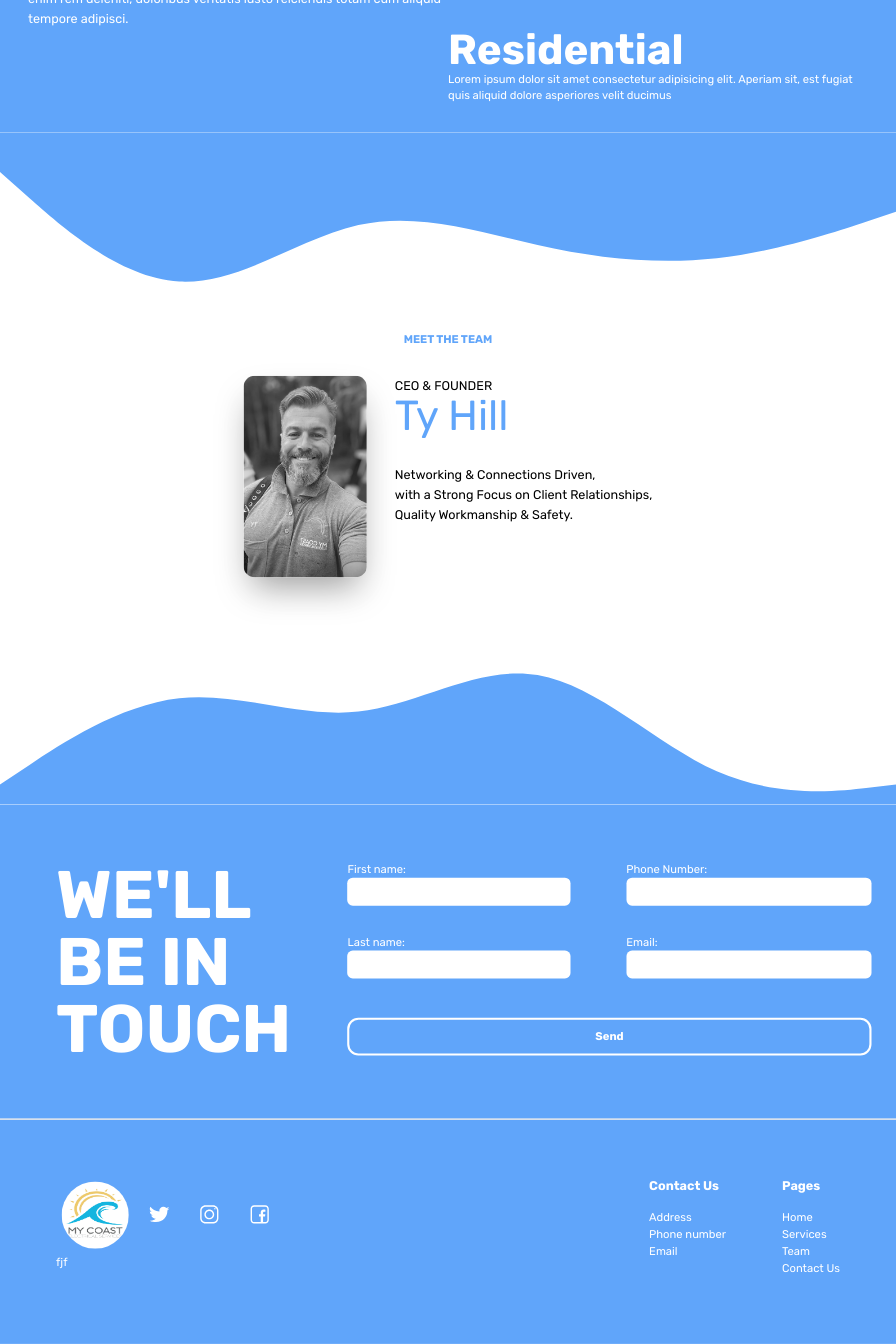
Repository: Jace-Kington/mce-website
Page: /
The author's editor kept a copy of each file at every save. The page is drawn from the files as they stood at one save, then again after the next save.
The browser window is 1280 px wide. The pictures show the part of the page from y = 1377 to 3297 px (the page is 3297 px tall before and 3207 px after), at 70% of full size.
The project was rebuilt for these pictures with package versions that can differ from the ones it lists, and the page was loaded fresh each time. The framework's server and built-in components were replaced by stand-ins that run in the browser. Also part of the build but not shown: next.config.js.

Above is the page before, as saved 2022-11-12 14:24:51.

### pages/index.js

import Navbar from '../components/Navbar'
import Services from '../components/Services'
import MeetUs from '../components/Meet-us'
import ContactUs from '../components/ContactUs'
import Footer from '../components/Footer'

export default function Home() {
  return (
    <div>
      <head>
        <link rel="preconnect" href="https://fonts.googleapis.com"/>
        <link rel="preconnect" href="https://fonts.gstatic.com" crossorigin/>
        <link href="https://fonts.googleapis.com/css2?family=Rubik:ital,wght@0,400;0,500;0,700;0,900;1,800;1,900&display=swap" rel="stylesheet"/>
        <meta charset="UTF-8"/>
        <meta name="viewport" content="width=device-width, initial-scale=1.0, user-scalable=0"/>
        <title>My Coat Electrical</title>
      </head>
      <Navbar/>
      <Services/>
      <MeetUs/>
      <ContactUs/>
      <Footer/>
    </div>
  )
}

### styles/globals.css
@tailwind base;
@tailwind components;
@tailwind utilities;

* {
  font-family: 'Rubik';
}

### components/Navbar.jsx
import React from 'react'
import Image from 'next/image'
import image_2 from '../assets/logo-1.png'
import HamburgerMenu from './Hamburger'
import Link from 'next/link'

const Navbar = () => {
  return (
    <div className=''>
      <div className='flex justify-between items-center md:hidden'>
      <Image alt = "" src={image_2} className='rounded-full p-2 h-28 w-28' />

        <HamburgerMenu className = ''/>
      </div>

      <div className='md:flex hidden justify-between items-center ml-5 mr-5'>
        <Image alt = "" src={image_2} className='rounded-full p-2 h-28 w-28' />
        <div className='flex gap-10 items-center'>
          <a className='hover:text-blue-400 transition ease-in' href='#services-section'>
            Services
          </a>

          <a className='hover:text-blue-400 transition ease-in ' href="#meet-us">
            Team
          </a>

          <div className=''>
            <a className='bg-blue-400 hover:bg-blue-500 transition ease-in rounded-2xl p-3' href="#contact-us">
              <span className='text-white'>Enquire Now</span>
            </a>
          </div>

        </div>
      </div>

      <div className='sm:grid sm:grid-cols-2'>
        <div className='text-center sm:text-left text-blue-400 mt-12 ml-12'>
          <div className='text-5xl sm:text-7xl'>
            The Best
          </div>
          <strong className='text-5xl sm:text-7xl'>Trade Services</strong>
          <div className='text-5xl sm:text-7xl'>
            On the Sunny Coast
          </div>

          <div className='outline-rounded mt-12 bg-white'>
            <a  style = {{'border-width': '4px', 'border-color': '#60a5fa'}} className='rounded-2xl hover:bg-blue-400 hover:text-white transition p-4' href="#contact-us">
              Get Started
            </a>
          </div>
        </div>
        <div className='md:flex hidden'>
            <Image src={image_2} alt= ""/>
        </div>
      </div>
      <svg xmlns="http://www.w3.org/2000/svg" viewBox="0 0 1440 320"><path fill="#60a5fa" fill-opacity="1" d="M0,192L48,186.7C96,181,192,171,288,160C384,149,480,139,576,144C672,149,768,171,864,197.3C960,224,1056,256,1152,261.3C1248,267,1344,245,1392,234.7L1440,224L1440,320L1392,320C1344,320,1248,320,1152,320C1056,320,960,320,864,320C768,320,672,320,576,320C480,320,384,320,288,320C192,320,96,320,48,320L0,320Z"></path></svg>
    </div>
  )
}

export default Navbar

### components/Services.tsx
import React from 'react'

const Services = () => {
  return (
    <div id = 'services-section' className = 'bg-blue-400'>
        <div className = 'text-white text-center font-semibold text-lg uppercase underline-offset-1'>Our Services</div>
        <div className = 'grid grid-cols-2 m-10'>
            <div className = ''>
                <div className = 'text-white text-3xl sm:text-6xl font-bold'>Commercial</div>
                <div className = 'text-white text-lg'>Lorem ipsum dolor sit, amet consectetur adipisicing elit. Eaque culpa at enim rem deleniti, doloribus veritatis iusto reiciendis totam cum aliquid tempore adipisci. </div>
            </div>
            <div className = ''>

            </div>
            <div>

            </div>
            <div>
                <div className = 'text-white text-3xl sm:text-6xl font-bold'>Residential</div>
                <div className = 'text-white'>Lorem ipsum dolor sit amet consectetur adipisicing elit. Aperiam sit, est fugiat quis aliquid dolore asperiores velit ducimus </div>
            </div>
        </div>
        <svg className = 'bg-white' xmlns="http://www.w3.org/2000/svg" viewBox="0 0 1440 320">
        <path fill="#60a5fa" fill-opacity="1" d="M0,64L48,106.7C96,149,192,235,288,240C384,245,480,171,576,149.3C672,128,768,160,864,181.3C960,203,1056,213,1152,202.7C1248,192,1344,160,1392,144L1440,128L1440,0L1392,0C1344,0,1248,0,1152,0C1056,0,960,0,864,0C768,0,672,0,576,0C480,0,384,0,288,0C192,0,96,0,48,0L0,0Z"></path>
        </svg>
    </div>
  )
}

export default Services

### components/Meet-us.tsx
import React from 'react'
import Image from 'next/image'
import image_2 from '../assets/ty-photo.png'


const MeetUs = () => {
  return (
    <div id = "meet-us" className = 'max-w-[100%]'>
        <div className = 'text-blue-400 uppercase font-semibold text-center'>Meet the Team</div>

        <div className = 'justify-center flex gap-10 m-10'>
            <div>
              <Image alt = "" className = 'rounded-2xl shadow-2xl shadow-blue-400 grayscale h-72 w-44' src = {image_2}/>
            </div>
            <div>
                <div className = 'uppercase text-lg'>CEO & Founder</div>
                <div className = 'text-6xl text-blue-400 pb-10'>Ty Hill</div>
                <div className = 'text-lg'>
                  <div className = ''>Networking & Connections Driven, </div>
                  <div>with a Strong Focus on Client Relationships,</div>
                  <div>Quality Workmanship & Safety.</div>
                </div>

            </div>
        </div>

        <svg xmlns="http://www.w3.org/2000/svg" viewBox="0 0 1440 320"><path fill="#60a5fa" fill-opacity="1" d="M0,288L48,256C96,224,192,160,288,149.3C384,139,480,181,576,170.7C672,160,768,96,864,112C960,128,1056,224,1152,266.7C1248,309,1344,299,1392,293.3L1440,288L1440,320L1392,320C1344,320,1248,320,1152,320C1056,320,960,320,864,320C768,320,672,320,576,320C480,320,384,320,288,320C192,320,96,320,48,320L0,320Z"></path></svg>
    </div>
  )
}

export default MeetUs

### components/ContactUs.jsx
import React, { useRef } from 'react'
import emailjs from '@emailjs/browser'
import { ToastContainer, toast } from 'react-toastify'
import 'react-toastify/dist/ReactToastify.css'

const ContactUs = () => {
  const toast_success = () => { toast('Email Sent!'); }
  const toast_fail = () => { toast('Error'); }

  const form = useRef();

  const sendEmail = (e) => {
    e.preventDefault();

    emailjs.sendForm('service_16oy9kb', 'template_p83nfjr', form.current, '7jHtCbxop4BW2nz9r')
      .then((result) => {
          console.log(result.text);
          toast_success();
      }, (error) => {
          console.log(error.text);
          toast_fail();
      });
  };

  return (
    <div id = "contact-us" className = 'bg-blue-400'>
        <div className = 'sm:flex'>
          <div className = 'text-white uppercase font-semibold p-20 text-3xl text-center sm:text-left sm:text-8xl'>
              <div>We&apos;ll</div>
              <div>Be In</div>
              <div>Touch</div>
          </div>
          <form ref = {form} onSubmit = {sendEmail} className = 'pt-20'>
            <div className = 'flex gap-20 '>
              <div className = 'flex flex-col gap-10'>
                <div>
                  <label className = 'text-white' for="fname">First name:</label>
                  <input className = 'rounded-lg p-2 outline-1 outline-white w-full' type="text" id="fname" name="fname"/>
                </div>
                <div>
                  <label className = 'text-white' for="lname">Last name:</label>
                  <input className = 'rounded-lg p-2 outline-1 outline-white w-full' type="text" id="lname" name="lname"/>
                </div>
              </div>
              <div>
              <div className = 'flex flex-col gap-10'>
                <div>
                  <label className = 'text-white' for="phonenumber">Phone Number:</label>
                  <input className = 'rounded-lg p-2 outline-1 outline-white w-full' type="text" id="phonenumber" name="phonenumber"/>
                </div>
                <div>
                  <label className = 'text-white' for="email">Email:</label>
                  <input className = 'rounded-lg p-2 outline-1 outline-white w-full' type="text" id="email" name="email"/>
                </div>
              </div>
              </div>
            </div>

            <div>
              <button style = {{'border-width': '3px', 'border-color': 'white'}} className = 'text-center w-full p-3 rounded-2xl font-semibold hover:text-blue-400 text-white transition ease-in bg-blue-400 hover:bg-white mt-14'>Send</button>
              <ToastContainer
  position="top-right"
  autoClose={5000}
  hideProgressBar={true}
  newestOnTop={false}
  closeOnClick
  rtl={false}
  pauseOnFocusLoss
  draggable
  pauseOnHover
  toastStyle = {{'background-color': 'rgb(34 197 94)', 'color': 'white', 'border-radius': '1rem', 'padding': '15px'}}
  />
            </div>
          </form>
        </div>
      </div>
  )
}

export default ContactUs

### components/Footer.tsx
import React from 'react'
import image_2 from '../assets/logo-1.png'
import Image from 'next/image'

const Footer = () => {
  return (
    <div className = 'border-t-2 border-gray pb-4 bg-blue-400'>
        <div className = 'flex justify-between text-white p-20'>
            <div className = ''>
                <div className = 'flex items-center gap-5'>
                <Image alt = "" src= {image_2} className = 'items-start rounded-full p-2 h-28 w-28'/>

                <div className = 'flex gap-10 text-white'>
                    <svg fill="#fff" xmlns="http://www.w3.org/2000/svg"  viewBox="0 0 16 16" width="32px" height="32px"><path d="M 15 3.296875 C 14.476563 3.523438 13.949219 3.691406 13.367188 3.746094 C 13.949219 3.410156 14.417969 2.84375 14.648438 2.226563 C 14.066406 2.5625 13.484375 2.789063 12.84375 2.902344 C 12.257813 2.339844 11.5 2 10.683594 2 C 9.109375 2 7.824219 3.242188 7.824219 4.765625 C 7.824219 4.988281 7.824219 5.214844 7.882813 5.386719 C 4.875 5.386719 2.8125 3.691406 1.414063 2 C 1.121094 2.394531 1.003906 2.902344 1.003906 3.410156 C 1.003906 4.367188 1.53125 5.214844 2.289063 5.722656 C 1.820313 5.667969 1.355469 5.554688 1.003906 5.386719 C 1.003906 5.386719 1.003906 5.386719 1.003906 5.441406 C 1.003906 6.796875 1.996094 7.921875 3.28125 8.148438 C 3.046875 8.203125 2.8125 8.261719 2.519531 8.261719 C 2.347656 8.261719 2.171875 8.261719 1.996094 8.207031 C 2.347656 9.335938 3.976563 10.632813 5.257813 10.632813 C 4.265625 11.363281 3.34375 12 1.5 12 C 1.265625 12 1.453125 12 1 12 C 2.28125 12.789063 3.800781 13 5.375 13 C 10.683594 13 13.542969 8.769531 13.542969 5.101563 C 13.542969 4.988281 13.542969 4.878906 13.542969 4.765625 C 14.125 4.367188 14.59375 3.863281 15 3.296875"/></svg>
                    <svg fill="#fff" xmlns="http://www.w3.org/2000/svg"  viewBox="0 0 16 16" width="32px" height="32px"><path d="M 4.773438 1 C 2.695313 1 1 2.695313 1 4.773438 L 1 10.230469 C 1 12.304688 2.695313 14 4.773438 14 L 10.230469 14 C 12.304688 14 14 12.304688 14 10.226563 L 14 4.773438 C 14 2.695313 12.304688 1 10.226563 1 Z M 4.773438 2 L 10.226563 2 C 11.765625 2 13 3.234375 13 4.773438 L 13 10.226563 C 13 11.765625 11.765625 13 10.230469 13 L 4.773438 13 C 3.234375 13 2 11.765625 2 10.230469 L 2 4.773438 C 2 3.234375 3.234375 2 4.773438 2 Z M 11.5 3 C 11.222656 3 11 3.222656 11 3.5 C 11 3.777344 11.222656 4 11.5 4 C 11.777344 4 12 3.777344 12 3.5 C 12 3.222656 11.777344 3 11.5 3 Z M 7.5 4 C 5.574219 4 4 5.574219 4 7.5 C 4 9.425781 5.574219 11 7.5 11 C 9.425781 11 11 9.425781 11 7.5 C 11 5.574219 9.425781 4 7.5 4 Z M 7.5 5 C 8.886719 5 10 6.113281 10 7.5 C 10 8.886719 8.886719 10 7.5 10 C 6.113281 10 5 8.886719 5 7.5 C 5 6.113281 6.113281 5 7.5 5 Z"/></svg>
                    <svg fill="#fff" xmlns="http://www.w3.org/2000/svg"  viewBox="0 0 16 16" width="32px" height="32px"><path d="M 3.5 1 C 2.1250151 1 1 2.1250151 1 3.5 L 1 11.5 C 1 12.874985 2.1250151 14 3.5 14 L 11.5 14 C 12.874985 14 14 12.874985 14 11.5 L 14 3.5 C 14 2.1250151 12.874985 1 11.5 1 L 3.5 1 z M 3.5 2 L 11.5 2 C 12.335015 2 13 2.6649849 13 3.5 L 13 11.5 C 13 12.335015 12.335015 13 11.5 13 L 9.9042969 13 L 9.9042969 8.9667969 L 11.300781 8.9667969 L 11.509766 7.3574219 L 9.9042969 7.3574219 L 9.9042969 6.3320312 C 9.9042969 5.8660312 10.034031 5.5488281 10.707031 5.5488281 L 11.566406 5.5488281 L 11.566406 4.109375 C 11.417406 4.089375 10.907453 4.046875 10.314453 4.046875 C 9.0764531 4.046875 8.2304688 4.795875 8.2304688 6.171875 L 8.2304688 7.3574219 L 7 7.3535156 L 7 8.9628906 L 8.2304688 8.9667969 L 8.2304688 13 L 3.5 13 C 2.6649849 13 2 12.335015 2 11.5 L 2 3.5 C 2 2.6649849 2.6649849 2 3.5 2 z"/></svg>
                </div>
                </div>


                <div className = ''>
                    <div>fjf</div>
                </div>
            </div>

            <div className='flex gap-20'>
                <div className = ''>
                    <div className = 'text-lg font-bold pb-5'>
                        Contact Us
                    </div>
                    <div>
                        Address
                    </div>
                    <div>
                        Phone number
                    </div>
                    <div>
                        Email
                    </div>
                </div>

                <div>
                    <div className = 'text-lg font-bold pb-5'>
                        Pages
                    </div>

                    <div>
                        Home
                    </div>
                    <div>
                        Services
                    </div>
                    <div>
                        Team
                    </div>
                    <div>
                        Contact Us
                    </div>
                </div>
            </div>
        </div>
    </div>
  )
}

export default Footer

### components/Hamburger.jsx
import Link from 'next/link'
import { slide as Menu } from 'react-burger-menu'

const HamburgerMenu = () => (<div className='relative p-2'>
    <Menu customBurgerIcon={<HamburgerIcon />} width={'auto'} className='left-0 top-12' >
        <Links />
    </Menu>
</div>)

const HamburgerIcon = () => (<div className='p-1/2'><svg className="w-8 h-8 text-gray-500" fill="none" strokeLinecap="round" strokeLinejoin="round" strokeWidth="2" viewBox="0 0 24 24" stroke="currentColor"><path d="M4 6h16M4 12h16M4 18h16"></path></svg></div>)

export const Links = () => (<>
    <Link href="/">Home</Link>
    <Link href="/about">About</Link>
</>)

export default HamburgerMenu

Loaded but not shown: pages/_app.js (common file); tailwind.config.js (common file)

After the next save:
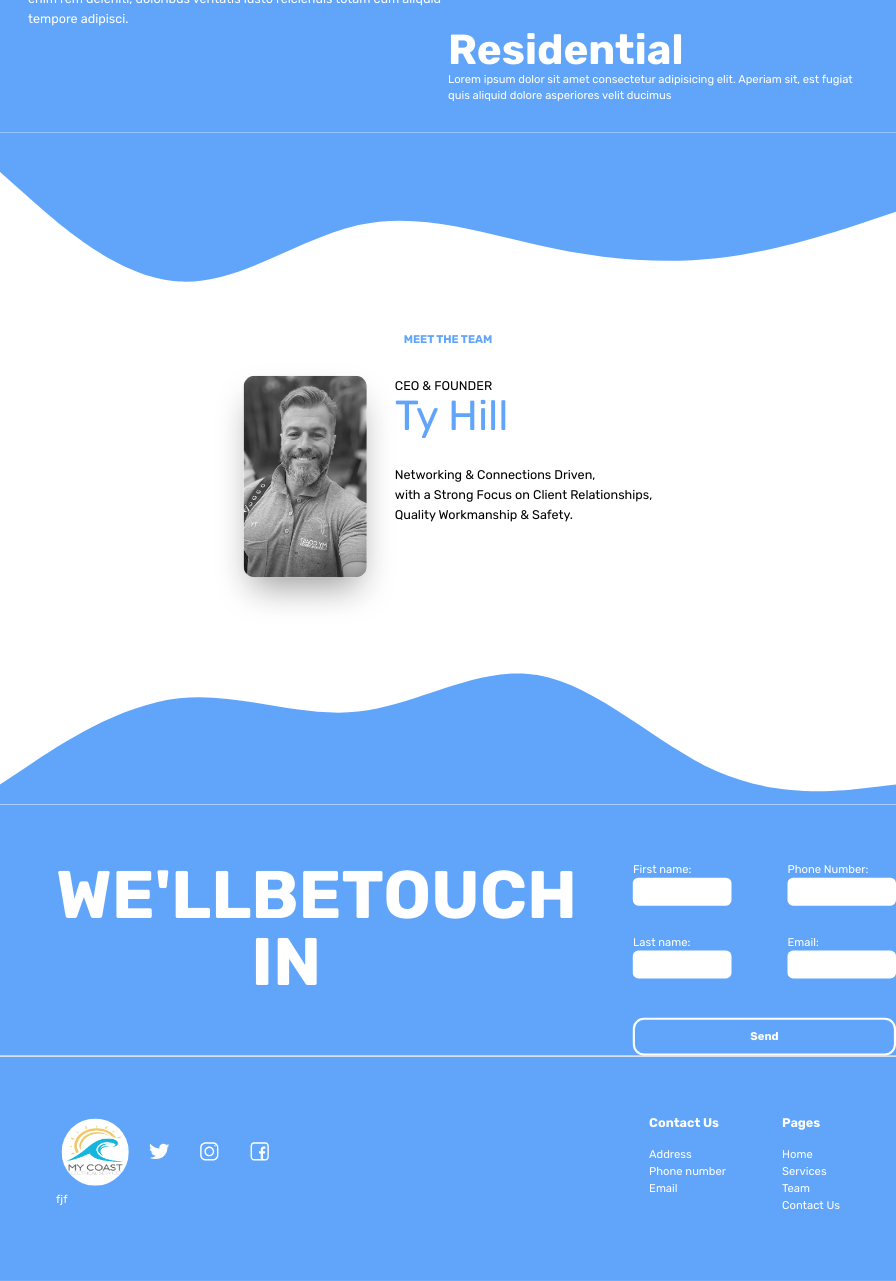
Saved 35 s later.
--- a/components/ContactUs.jsx
+++ b/components/ContactUs.jsx
@@ -25,7 +25,7 @@ const ContactUs = () => {
   return (
     <div id = "contact-us" className = 'bg-blue-400'>
         <div className = 'sm:flex'>
-          <div className = 'text-white uppercase font-semibold p-20 text-3xl text-center sm:text-left sm:text-8xl'>
+          <div className = 'text-white uppercase font-semibold p-20 text-8xl md:flex hidden'>
               <div>We&apos;ll</div>
               <div>Be In</div>
               <div>Touch</div>
